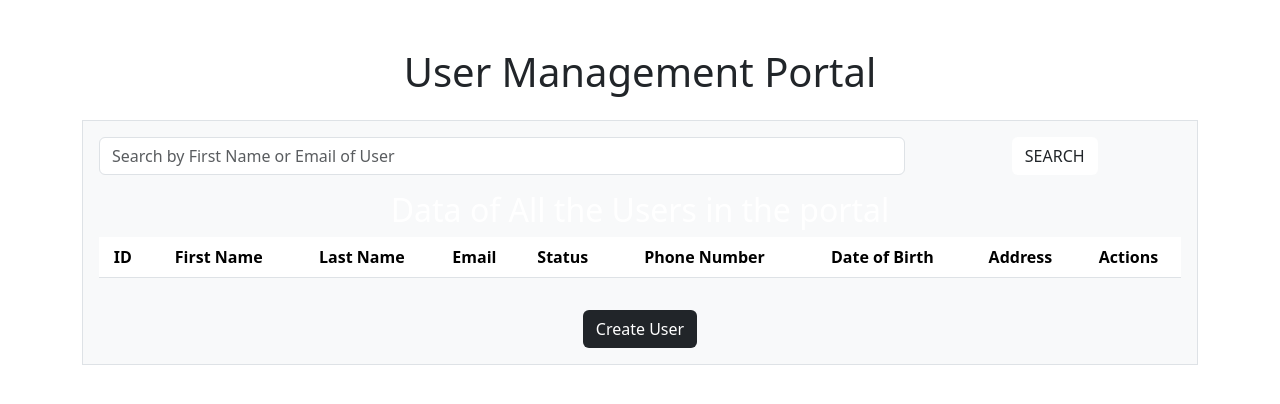
Repository: nairshreejith/reactstudent3
Page: /
The author's editor kept a copy of each file at every save. The page is drawn from the files as they stood at one save, then again after the next save.
The browser window is 1280 px wide. The pictures show the whole page.
The page's requests for data from a server got no answer. The project was rebuilt for these pictures with package versions that can differ from the ones it lists, and the page was loaded fresh each time. No one was signed in, and anything a server would have sent is missing.

Above is the page before, as saved 2023-09-16 23:46:28.

After the next save:
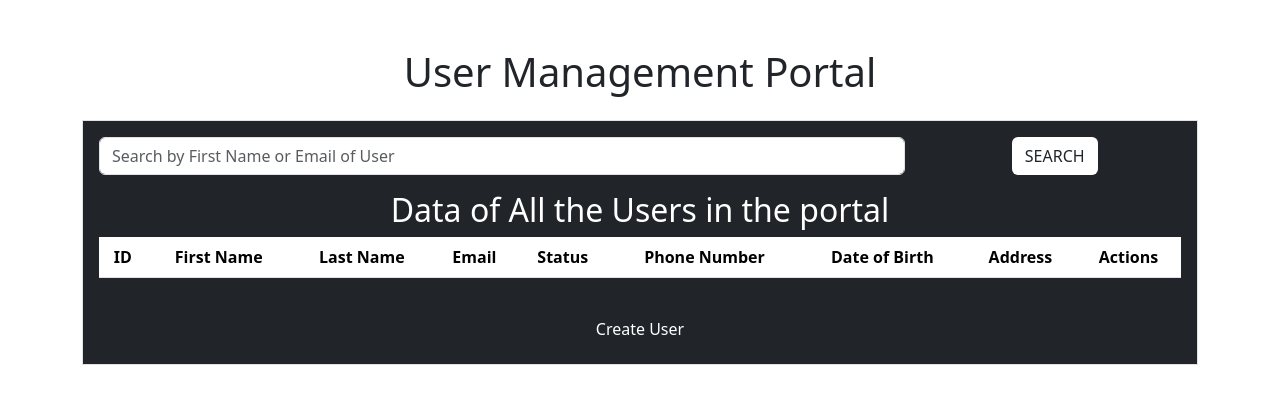
Saved 39 s later.
--- a/src/App.js
+++ b/src/App.js
@@ -80,7 +80,7 @@ function App() {
   return (
     <div className="App container mt-5">
       <h1 className="mb-4">User Management Portal</h1>
-      <div className="border bg-light text-white p-3 mb-4">
+      <div className="border bg-dark text-white p-3 mb-4">
         <div className="mb-3">
           <div className="row">
             <div className="col-md-9">
